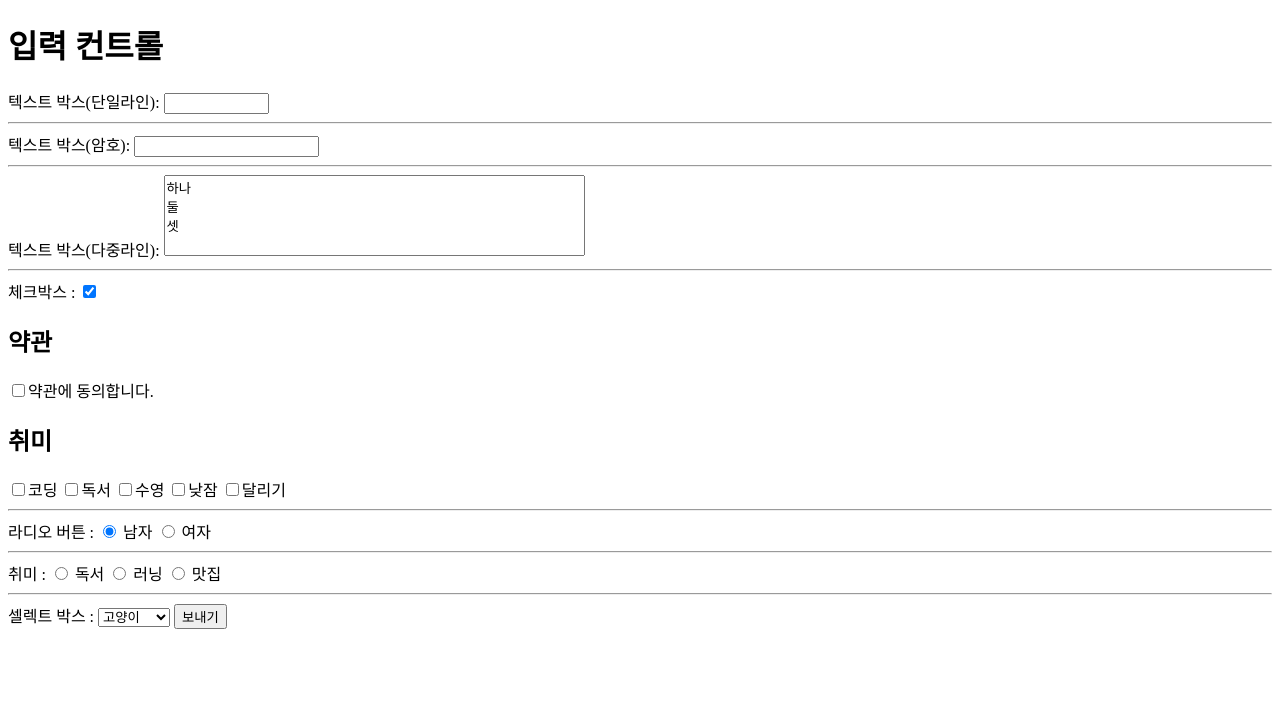
Repository: dnjs0/HCJ
Page: ClientTest/src/main/webapp/ex19_form.html
These files come from the project's save history. The page is drawn as it stood at one moment and after the next save; the edit follows.
The browser window is 1280 px wide. The pictures show the whole page.

Above is the page before, as saved 2025-02-12 03:40:54.

### ClientTest/src/main/webapp/ex19_form.html
<!DOCTYPE html>
<html lang="ko">
<head>
	<meta charset="UTF-8">
	<title>Insert title here</title>
</head>
<body>
    <!--

        form의 자식 ㅌ태그

        <input>
        - 단독 태그
        - 인라인 태그
        - input.type : 입력 컨트롤 종류
        - input.name : 서버로 전송할 사용하는 식별자
        - input.id : 식별자. CSS, JavaScript 에서 주로 사용
        - input.class : 식별자. CSS, JavaScript 에서 주로 사용
        - input.size : 컨트롤의 너비, 입력받는 글자수
        - input.maxlength : 최대 입력 문자 수  + 유효성 검사
        - input.value : 컨트롤의 (현재) 입력값
        - input.readonly : 읽기전용. 플래그형 입력(X) + 서버 전송(O)
        - input.disabled : 비활성화 플래그형 입력(X) + 서버 전송(X)
        - input.accesskey : 바로가기(= 니모닉, Nemonic) Alt+키
        - input.title : 풍선 도움말(주로 컨트롤에서 사용한다.)
        - input.autofocus : 자동 포커스, 플래그형




    -->

    <h1 title="이곳에 나이를 입력하세요">입력 컨트롤</h1>
    <form method="GET" action="ex18_ok.jsp">
        <label for="text">텍스트 박스(단일라인):</label>
        <input type="text" name = "data" size = "10" maxlength="5" accesskey="s"
        title="이곳에 나이를 입력하세요">
        <hr>


        <!--
            암호 상자,Password Box, Masked TextBox
            - 대부분의 속성이 텍스트 박스와 동일
            - value 속성 사용 금지!!!!
         -->

         텍스트 박스(암호):
         <input type ="password" name ="pw">
         <hr>


         <!--

            다중라인 텍스트 박스
            - <textarea></textarea>
            - 쌍태그, 인라인 태그
            - 대부분의 속성은 텍스트 박스와 동일
            - maxlength 속성이 없다.
            - value 속성이 없다.

          -->
         텍스트 박스(다중라인):
         <textarea style="resize:none;" cols="50" rows="5">하나
둘
셋</textarea>

         <hr>
         <!--
            체크박스
            - 논리값 입력
            - 단일 선택 or 다중 선택

          -->

         체크박스 : <input type = "checkbox" checked>
         <h2>약관</h2>

         <!-- <input type="checkbox" id="cb1"><label for="cb1">약관에 동의합니다.</label>  -->
         <label><input type="checkbox" >약관에 동의합니다.</label>



         <h2>취미</h2>

         <label><input type = "checkbox">코딩</label>
         <label><input type = "checkbox">독서</label>
         <label><input type = "checkbox">수영</label>
         <label><input type = "checkbox">낮잠</label>
         <label><input type = "checkbox">달리기</label>
         <hr>

         <!--
            라디오 버튼
            - 단일 선택
          -->

         라디오 버튼 :
         <input type="radio" name ="rb1" checked="checked"> 남자
         <input type="radio" name = "rb1"> 여자

         <hr>

         취미 :
         <input type="radio" name ="rb2"> 독서
         <input type="radio" name ="rb2"> 러닝
         <input type="radio" name ="rb2"> 맛집

         <hr>

         <!--
            셀렉트 박스
            -콤보 박스, 드랍다운 리스트
            - 단일 선택, 다중선택
          -->


         셀렉트 박스 :
         <select >
            <option>강아ㅈㅣ</option>
            <option selected="selected">고양이</option>
            <option>뱡아리</option>
         </select>
         <input type="submit" value="보내기">
    </form>
</body>
</html>

After the next save:
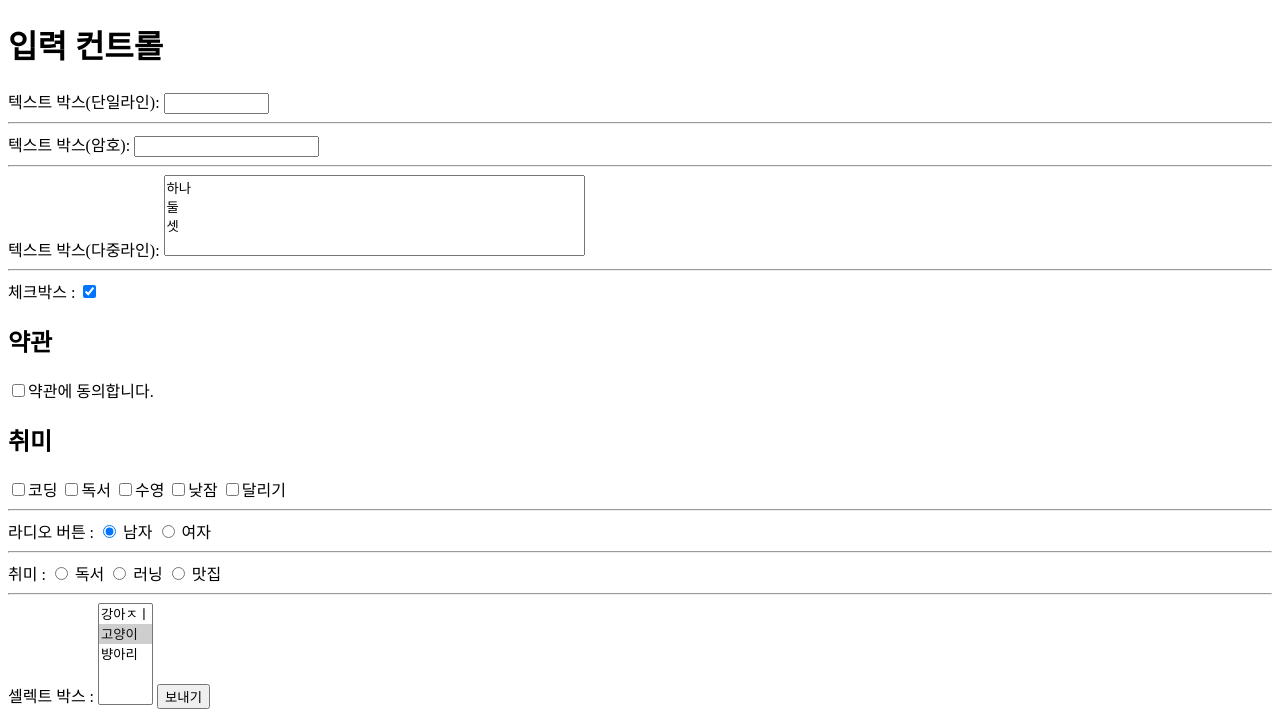
Saved 37 s later.
--- a/ClientTest/src/main/webapp/ex19_form.html
+++ b/ClientTest/src/main/webapp/ex19_form.html
@@ -115,7 +115,7 @@
 
 
          셀렉트 박스 :
-         <select >
+         <select size=5>
             <option>강아ㅈㅣ</option>
             <option selected="selected">고양이</option>
             <option>뱡아리</option>
